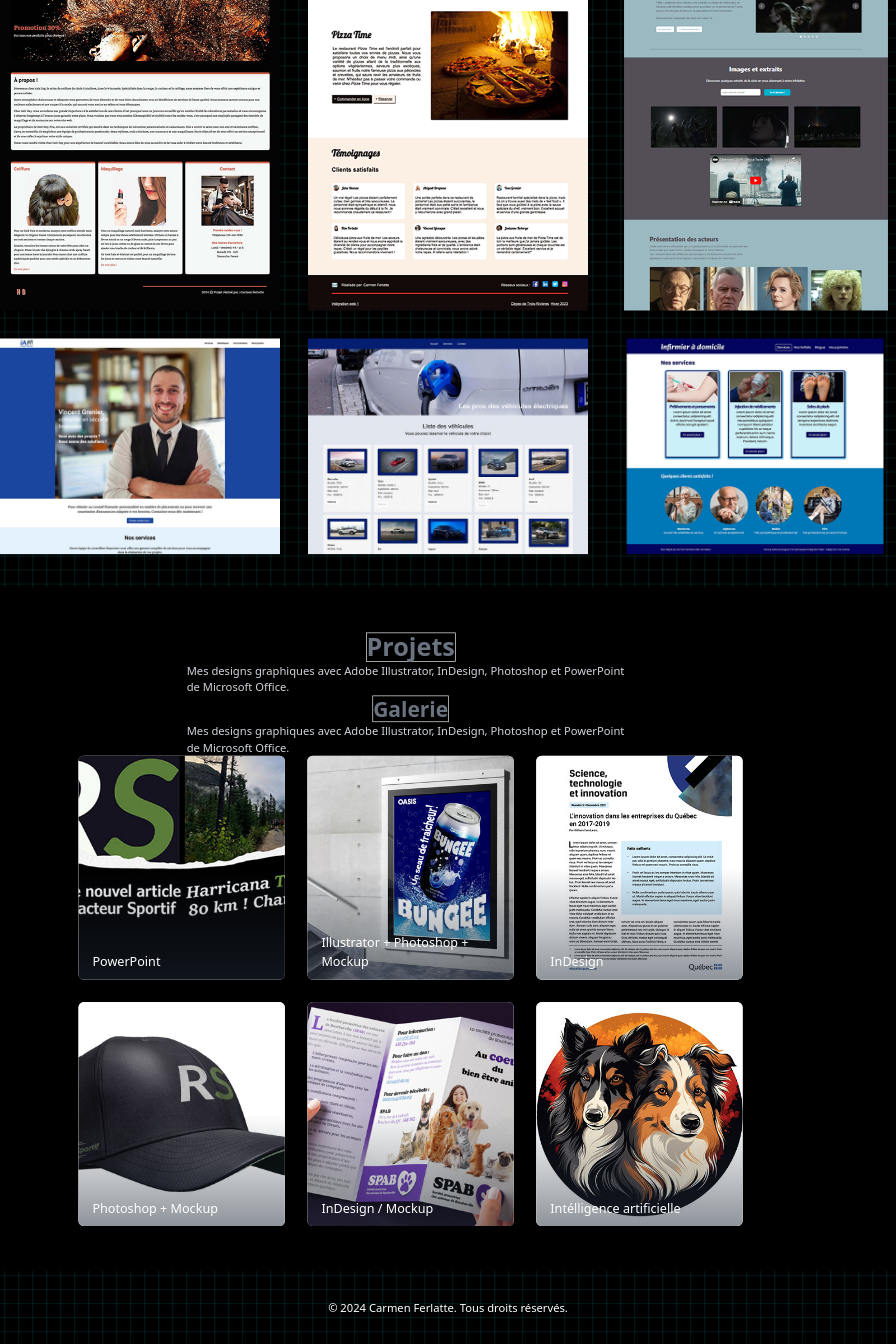
Repository: CarmenFerlatte/TP3__FerlatteCarmen
Page: realisations.html
An editor plug-in stored every save of this project. The page is shown before and after a run of saves, followed by the edit.
The browser window is 1280 px wide. The pictures show the part of the page from y = 1101 to 3021 px (the page is 3021 px tall before and 2973 px after), at 70% of full size.
Some web libraries are served in a nearby version. The style sheet was rebuilt from its Sass, Less or Tailwind sources for each picture, by a compiler version that may differ from the author's.

Above is the page before, as saved 2024-08-22 11:39:37.
Console error: TypeError: Cannot read properties of null (reading 'addEventListener')

### realisations.html
<!DOCTYPE html>
<html lang="fr-ca">
<head>
    <meta charset="UTF-8">
    <meta name="viewport" content="width=device-width, initial-scale=1.0">
    <link href="https://cdn.jsdelivr.net/npm/tailwindcss@2.2.19/dist/tailwind.min.css" rel="stylesheet">
    <title>Mon Portefolio</title>
    <script src="https://cdn.tailwindcss.com"></script>
    <link href="https://cdn.jsdelivr.net/npm/tailwindcss@2.2.19/dist/tailwind.min.css" rel="stylesheet">
    <link rel="stylesheet" href="https://cdnjs.cloudflare.com/ajax/libs/font-awesome/6.4.0/css/all.min.css">
    <link rel="stylesheet" href="style/css/style.css">
    <link rel="apple-touch-icon" sizes="180x180" href="img/favicons/apple-touch-icon.png">
    <link rel="icon" type="image/png" sizes="32x32" href="img/favicons/favicon-32x32.png">
    <link rel="icon" type="image/png" sizes="16x16" href="img/favicons/favicon-16x16.png">
    <link rel="manifest" href="img/favicons/site.webmanifest">
    <script src="https://code.jquery.com/jquery-3.6.0.min.js"></script>
    <script src="js/navbar.js" defer></script>
    <script src="js/script.js" defer></script>
    <script src="js/header.js" defer></script>
    <script src="js/install.js" defer></script>
    <script>
        $(function(){
            $("#header").load("assets/php/header.html");
            $("#footer").load("assets/php/footer.html");
        });
    </script>
</head>

<body class="bg-black text-white h-dvh">
    <header id="header"></header>

<main>
    <section class="md:h-full bg-black text-white py-8 sm:py-11 lg:py-12">
         <h1 class="text-2xl md:text-3xl lg:text-4xl xl:text-5xl font-bold text-center mt-20 border">Mes Réalisations</h1>
    <div class="container flex justify-center items-center mx-auto px-4 py-10 sm:py-20 md:py-4">

        <p class="text-sm sm:text-md md:text-base lg:text-1xl xl:text-2xl leading-6 text-left lg:py-20 px-5 md:px-2 lg:px-1 2xl:px-0 text-gray-200 border">Passionnée par le développement web 🖥  et le design 🎨, j'ai réalisé divers projets mettant en œuvre mes compétences 📑  en HTML , CSS, JavaScript et React. Ces technologies 👩‍💻 me permettent de créer des interfaces dynamiques 🚀 et interactives, alliant esthétisme et fonctionnalité. Parallèlement, j'explore ma créativité à travers des travaux de design élaborés avec la suite Adobe, où je m'applique avec enthousiasme 😃  à transformer des idées en visuels percutants. Mon approche multidisciplinaire me permet d'allier techniques de programmation et sens de l'esthétique <span><img class="w-7 inline-block align-middle" src="img/icons/design_web.svg" alt="icone design web"></span> , garantissant des projets non seulement performants mais également visuellement 👀 attrayants.  </p>

    </div>

<div class="container mx-auto px-4 py-1 md:py-5 md:mb-0 mt-[-10px] md:mt-0">
    <div class="grid grid-cols-12 gap-4 flex items-stretch px-5 md:px-2 lg:px-1">
        <div class="col-span-12 md:col-span-6 lg:col-span-4">
            <a href="#projets" title="Voir les projets">
                <div class="relative group cursor-pointer bg-gray-800 p-6 rounded-lg shadow-lg hover:bg-gray-700 hover:shadow-xl transition duration-300">
                    <h3 class="text-lg md:text-1xl lg:text-2xl font-bold text-gray-200">Développement Web</h3>
                    <p class="text-base md:text-lg lg:text-1xl  text-gray-300 mt-4 mb-1">Projets réalisés en HTML, CSS, JavaScript et React.</p>
                    <p class="flex">
                        <img src="img/icons/html5_icon.svg" alt="HTML5 icône" class="w-8 h-8 mt-2 mx-1">
                        <img src="img/icons/css3_icon.svg" alt="CSS3 icône" class="w-8 h-8 mt-2 mx-1">
                        <img src="img/icons/javascript_icon.svg" alt="JavaScript icône" class="w-7 h-7 mt-3 mx-1">
                        <img src="img/icons/react_native_icon.svg" alt="React icône" class="w-8 h-8 mt-3 mx-1">
                    </p>
                </div>
            </a>
        </div>

        <div class="col-span-12 md:col-span-6 lg:col-span-4 flex flex-col">
            <a href="#galerie" title="Voir les designs" class="flex-grow">
                <div class="relative group cursor-pointer bg-gray-800 p-6 rounded-lg shadow-lg hover:bg-gray-700 hover:shadow-xl transition duration-300 flex flex-col">
                    <h3 class="text-lg md:text-1xl lg:text-2xl font-bold text-gray-200 group">Design Graphique</h3>
                    <p class="text-base md:text-lg lg:text-1xl text-gray-300 mt-4 mb-1">Designs graphiques avec la suite Adobe et PowerPoint.</p>
                    <div class="flex">
                        <img src="img/icons/adobe-illustrator_icon.svg" alt="Illustrator icône" class="w-8 h-8 mt-2 mx-1">
                        <img src="img/icons/adobe_photoshop_icon.svg" alt="Photoshop icône" class="w-8 h-8 mt-2 mx-1">
                        <img src="img/icons/adobe_indesign_icon.svg" alt="InDesign icône" class="w-8 h-8 mt-2 mx-1">
                        <img src="img/icons/adobe-xd_icon.svg" alt="XD icône" class="w-8 h-8 mt-2 mx-1">
                        <img src="img/icons/Adobe_Acrobat_Reader_icon.svg" alt="Acrobat Reader icône" class="w-6 h-6 mt-3 mx-1">
                        <img src="img/icons/microsoft_powerpoint_icon.svg" alt="PowerPoint icône" class="w-8 h-8 mt-2 mx-1">
                    </div>
                </div>
            </a>
        </div>

        <div class="col-span-12 md:col-span-6 lg:col-span-4 flex flex-col">
            <a href="#galerie" title="Voir les projets" class="flex-grow">
                <div class="relative group cursor-pointer bg-gray-800 p-6 rounded-lg shadow-lg hover:bg-gray-700 hover:shadow-xl transition duration-300 flex flex-col">
                    <h3 class="text-lg md:text-1xl lg:text-2xl font-bold text-gray-200">Intelligence Artificielle</h3>
                    <p class="text-base md:text-lg lg:text-2xl text-gray-300 mt-4 mb-1">Création de logos avec l'intelligence artificielle.</p>
                    <div class="flex">
                        <img src="img/icons/intelligence_artificielle_icon.svg" alt="PowerPoint icône" class="w-8 h-8 mt-2 mx-1">
                    </div>
                </div>
            </a>
        </div>
    </div>
</div>


    </section>

    <section class="cyber-grid md:mt-auto">
        <div class="max-w-screen-sm md:max-w-screen-md lg:max-w-screen-lg 2xl:max-w-screen-2xl mx-auto flex inlign-flex align-items pt-10"><h2 id="projets" class="text-2xl md:text-3xl lg:text-4xl font-bold text-gray-500 lg:text-3xl dark:text-white ml-10 sm:ml-0">Projets</h2>
        <p class="hidden max-w-screen-sm text-1xl text-gray-300 dark:text-gray-300 md:block pt-3 pl-5">
                Projets réalisés en html, css et JavaScript.
                </p></div>
    <div class="container mx-auto py-8 md:mt-2 px-2 md:px-2 lg:px-0">

        <div class="grid grid-cols-1 md:grid-cols-2 lg:grid-cols-3 gap-10 p-4 w-full mx-auto place-items-start px-10 sm:px-0">
            <img class="hover:opacity-75" src="img/screenshots/2024__projet__salon_de_coiffure.jpg" alt="image">
            <img class="hover:opacity-75" src="img/screenshots/2024__projet__restaurant.png" alt="image">
            <img class="hover:opacity-75" src="img/screenshots/2024__projet_cinema.png" alt="image">
            <img class="hover:opacity-75" src="img/screenshots/2024__projet__vincent_grenier_w600.jpg" alt="image">
            <img class="hover:opacity-75" src="img/screenshots/mon_premier_projet_react.jpg" alt="image">
            <img class="hover:opacity-75" src="img/screenshots/2023__projet__soins_infirmiers.png" alt="image">
        </div>
    </div>
</section>
    <section class="dark:bg-gray-800 h-full">

        <div class="w-11/12 px-10 my-16">
            <div class="flex flex-col items-center justify-center">
                <h2 class="text-3xl md:text-4xl font-bold text-gray-500 dark:text-white border">Projets</h2>
                <p class="hidden max-w-screen-sm text-1xl text-gray-300 dark:text-gray-300 md:block">
                    Mes designs graphiques avec Adobe Illustrator, InDesign, Photoshop et PowerPoint de Microsoft Office.
            <h2 id="galerie" class="text-3xl md-text-4xl font-bold text-gray-500 dark:text-white border">Galerie</h2>

            <p class="hidden max-w-screen-sm text-1xl text-gray-300 dark:text-gray-300 md:block">
                Mes designs graphiques avec Adobe Illustrator, InDesign, Photoshop et PowerPoint de Microsoft Office.
            </p>
        </div>
    <div class="mx-auto h-auto max-w-screen-2xl px-4 md:px-8 mb-16 mt-auto">

        <div class="grid grid-cols-1 md:grid-cols-2 lg:grid-cols-3 mx-10 gap-4 md:gap-6 xl:gap-8">
            <!-- image - start -->
            <a href="https://le-redacteur-sportif.ca/harricana_trail_2023.html" title="Le Rédacteur Sportif" target="_blank" rel="noopener noreferrer"
                class="group relative flex items-end h-72 md:h-80 overflow-hidden rounded-lg bg-gray-100 shadow-lg">
                <img src="img/design/harricana_trail_80km__charlevoix__Vincent_Greniert.jpg" loading="lazy" alt="Projet Carmen Ferlatte Adobe InDesign (brochure)" class="absolute inset-0 h-full w-full object-cover object-center transition duration-200 group-hover:scale-110">

                <div
                    class="pointer-events-none absolute inset-0 bg-gradient-to-t from-gray-800 via-transparent to-transparent opacity-50">
                </div>

                <span class="relative ml-4 mb-3 inline-block text-sm text-white md:ml-5 md:text-lg">PowerPoint</span>
            </a>
            <!-- image - end -->

            <!-- image - start -->
            <div
                class="group relative flex items-end h-72 md:h-48 overflow-hidden rounded-lg bg-gray-100 shadow-lg md:h-80">
                <img src="img/design/05__affiche_bungee__Carmen_Ferlatte.jpg" loading="lazy" alt="Projet Carmen Ferlatte Adobe Illustrator (affiche)" class="absolute inset-0 h-full w-full object-cover object-center transition duration-200 group-hover:scale-110">

                <div
                    class="pointer-events-none absolute inset-0 bg-gradient-to-t from-gray-800 via-transparent to-transparent opacity-50">
                </div>

                <span class="relative ml-4 mb-3 inline-block text-sm text-white md:ml-5 md:text-lg">Illustrator + Photoshop + Mockup</span>
            </div>
            <!-- image - end -->

            <!-- image - start -->
            <div
                class="group relative flex items-end h-72 md:h-48 overflow-hidden rounded-lg bg-gray-100 shadow-lg md:h-80">
                <img src="img/design/exercice_inDesign__Carmen_Ferlatte.jpg" loading="lazy" alt="Photo by Magicle" class="absolute inset-0 h-full w-full object-cover object-center transition duration-200 group-hover:scale-110">

                <div
                    class="pointer-events-none absolute inset-0 bg-gradient-to-t from-gray-800 via-transparent to-transparent opacity-50">
                </div>

                <span class="relative ml-4 mb-3 inline-block text-sm text-white md:ml-5 md:text-lg">InDesign</span>
            </div>
            <!-- image - end -->

            <!-- image - start -->
            <a href="https://le-redacteur-sportif.ca/harricana_trail_2023.html" title="Le Rédacteur Sportif" target="_blank" rel="noopener noreferrer"
                class="group relative flex items-end h-72 md:h-48 overflow-hidden rounded-lg bg-gray-100 shadow-lg md:h-80">
                <img src="img/design/casquette__RS__w1200.jpg" loading="lazy" alt="Affiche médias sociaux PowerPoint / Carmen Ferlatte" class="absolute inset-0 h-full w-full object-cover object-center transition duration-200 group-hover:scale-110">

                <div
                    class="pointer-events-none absolute inset-0 bg-gradient-to-t from-gray-800 via-transparent to-transparent opacity-50">
                </div>

                <span class="relative ml-4 mb-3 inline-block text-sm text-white md:ml-5 md:text-lg">Photoshop + Mockup</span>
            </a>
            <!-- image - end -->

            <!-- image - start -->
            <div
                class="group relative flex h-72 md:h-48 items-end overflow-hidden rounded-lg bg-gray-100 shadow-lg md:h-80">
                <img src="img/design/projet__brochure__spa__450x345.jpg" loading="lazy" alt="Brochure InDesign et Mockup / Carmen Ferlatte" class="absolute inset-0 h-full w-full object-cover object-center transition duration-200 group-hover:scale-110">

                <div
                    class="pointer-events-none absolute inset-0 bg-gradient-to-t from-gray-800 via-transparent to-transparent opacity-50">
                </div>

                <span class="relative ml-4 mb-3 inline-block text-sm text-white md:ml-5 md:text-lg">InDesign / Mockup</span>
            </div>
            <!-- image - end -->
             <!-- image - start -->
            <div
                class="group relative flex h-72 md:h-48 items-end overflow-hidden rounded-lg bg-gray-100 shadow-lg md:h-80">
                <img src="img/design/logo_colley_carmen_ferlatte.jpg" loading="lazy" alt="Logo fait avec l'Intélligence artificielle / Carmen Ferlatte" class="absolute inset-0 h-full w-full object-cover object-center transition duration-200 group-hover:scale-110">

                <div
                    class="pointer-events-none absolute inset-0 bg-gradient-to-t from-gray-800 via-transparent to-transparent opacity-50">
                </div>

                <span class="relative ml-4 mb-3 inline-block text-sm text-white md:ml-5 md:text-lg">Intélligence artificielle</span>
            </div>
            <!-- image - end -->
        </div>
    </div>
</section>
</main>

   <footer id="footer" class="block clear-both mt-16"></footer>
</body>
</html>

### js/install.js
// Description: Script pour l'installation de la PWA

let deferedInstallPrompt = null;
    const installButton = document.getElementById('butInstall');

    installButton.addEventListener('click', installPWA);

    window.addEventListener('beforeInstallPrompt', afficherButtonInstall);

    function afficherBoutonInstall(evt) {
        deferedInstallPrompt = evt;
        installButton.removeAttribute('hidden');
    }

    function installPWA(evt) {
        deferedInstallPrompt.prompt();
        evt.srcElement.setAttribute('hidden', true);
        deferedInstallPrompt.userChoice
            .then((choice) => {
                if (choice.outcome === 'accepted') {
                    console.log("L'usager a installé la PWA VIA le mon bouton d'installation", choice);
                } else {
                    console.log("Lusager a refusé l'installation de la PWA VIA le boutton d'installation", choice);
                }
                deferedInstallPrompt = null;
            });

        function logAppInstalled(evt) {
            console.log("L'usager a installé la PWA VIA Les ... de Chrome");
    }
 };

### assets/php/header.html
<header>
  <nav class="bg-animated cyber-grid fixed w-full z-50">
    <div class="w-full mx-auto px-6 md:px-10">
      <div class="flex justify-between items-center py-6">
        <a
          href="index.html"
          class="text-xl sm:text-1xl lg:text-2xl font-bold neon-text glitch-effect"
          data-text="Carmen Ferlatte"
          >Carmen Ferlatte</a
        >
        <label for="menu-toggle">Portefolio</label>
        <input type="checkbox" id="menu-toggle" class="hidden" />
        <label for="menu-toggle" class="menu-icon cursor-pointer md:hidden">
          <span class="hamburger"></span>
        </label>
        <ul class="menu hidden md:flex md:items-center space-x-10">
          <li>
            <a href="index.html" class="nav-link" data-text="Accueil"
              >Accueil</a
            >
          </li>
          <li>
            <a
              href="realisations.html"
              class="nav-link"
              data-text="Réalisations"
              >Réalisations</a
            >
          </li>
          <li>
            <a href="contact.html" class="nav-link" data-text="Contact"
              >Contact</a
            >
          </li>
          <!-- <li><a href="#" class="bg-gradient-to-r from-cyan-500 to-blue-500 text-white font-bold py-2 px-4 rounded hover:from-cyan-600 hover:to-blue-600 transition-all duration-300">Sign Up</a></li> -->
        </ul>
      </div>
    </div>
  </nav>
</header>

### assets/php/footer.html
<footer class="cyber-grid">
    <div class="container mx-auto px-4 py-10">
        <p class="text-center text-white">© 2024 Carmen Ferlatte. Tous droits réservés.</p>
   </div>
</footer>

### style/sass/style.scss
@use "navbar" as *;

### style/sass/_navbar.scss
@keyframes neon-pulse {
    0%, 100% {
        text-shadow: 0 0 5px #fff, 0 0 10px #fff, 0 0 15px #fff, 0 0 20px #0891b2, 0 0 35px #0891b2, 0 0 40px #0891b2, 0 0 50px #0891b2, 0 0 75px #0891b2;
    }
    50% {
        text-shadow: 0 0 2px #fff, 0 0 5px #fff, 0 0 7px #fff, 0 0 10px #0891b2, 0 0 17px #0891b2, 0 0 20px #0891b2, 0 0 25px #0891b2, 0 0 37px #0891b2;
    }
}

.neon-text {
    animation: neon-pulse 1.5s infinite alternate;
}

.bg-animated {
    background: linear-gradient(-45deg, #000000, #1a1a1a, #000033, #003366);
    background-size: 400% 400%;
    animation: gradient 15s ease infinite;
}

@keyframes gradient {
    0% { background-position: 0% 50%; }
    50% { background-position: 100% 50%; }
    100% { background-position: 0% 50%; }
}

.cyber-grid {
    background-image:
        linear-gradient(rgba(0, 255, 255, 0.1) 1px, transparent 1px),
        linear-gradient(90deg, rgba(0, 255, 255, 0.1) 1px, transparent 1px);
    background-size: 20px 20px;
    animation: cyber-grid-move 20s linear infinite;
}

@keyframes cyber-grid-move {
    0% { background-position: 0 0; }
    100% { background-position: 20px 20px; }
}



.nav-link {
    position: relative;
    overflow: hidden;

        &::before {
            content: '';
            position: absolute;
            bottom: 0;
            left: 0;
            width: 100%;
            height: 2px;
            background-color: #0891b2;
            transform: translateX(-100%);
            transition: transform 0.3s ease;
        }

       &:hover::before {
            transform: translateX(0);
        }

        &::after {
            content: attr(data-text);
            position: absolute;
            top: 0;
            left: 0;
            width: 100%;
            height: 100%;
            display: flex;
            align-items: center;
            justify-content: center;
            transform: translateY(100%);
            background: linear-gradient(to bottom, #0891b2, #3e43cb);
            -webkit-background-clip: text;
            background-clip: text;
            -webkit-text-fill-color: transparent;
            transition: transform 0.3s ease;
        }

        &:hover::after {
            transform: translateY(0);
        }
}


.glitch-effect {
    position: relative;

    &::before,
    &::after {
        content: attr(data-text);
        position: absolute;
        top: 0;
        left: 0;
        width: 100%;
        height: 100%;
        opacity: 0.8;
    }

    &::before {
        left: 2px;
        text-shadow: -2px 0 #ff00de;
        clip: rect(24px, 550px, 90px, 0);
        animation: glitch-anim 3s infinite linear alternate-reverse;
    }

    &::after {
        left: -2px;
        text-shadow: -2px 0 #0891b2;
        clip: rect(85px, 550px, 140px, 0);
        animation: glitch-anim 2s infinite linear alternate-reverse;
    }

}



@keyframes glitch-anim {
    0% { clip: rect(39px, 9999px, 71px, 0); }
    20% { clip: rect(3px, 9999px, 5px, 0); }
    40% { clip: rect(6px, 9999px, 38px, 0); }
    60% { clip: rect(13px, 9999px, 43px, 0); }
    80% { clip: rect(44px, 9999px, 93px, 0); }
    100% { clip: rect(54px, 9999px, 47px, 0); }
}

#menu-toggle {
    &:checked {
        ~ .menu {
            display: block;
        }

        ~ .menu-icon {
            .hamburger {
                transform: rotate(45deg);

                &::before {
                    transform: translateY(8px) rotate(90deg);
                }

                &::after {
                    transform: translateY(-8px) rotate(90deg);
                }
            }
        }
    }
}

.hamburger,
.hamburger::before,
.hamburger::after {
    content: '';
    display: block;
    background: #0891b2;
    height: 3px;
    width: 30px;
    transition: transform 0.5s cubic-bezier(0.23, 1, 0.32, 1);
}

.hamburger {
    &::before {
        transform: translateY(-8px);
    }

    &::after {
        transform: translateY(8px);
    }
}

@media (max-width: 768px) {
    .menu {
        position: fixed;
        top: 60px;
        left: 0;
        right: 0;
        width: 100%;
        height: 0;
        background: rgba(0, 0, 0, 0.9);
        overflow: hidden;
        transition: height 0.5s cubic-bezier(0.23, 1, 0.32, 1);
        text-align: right;
        padding-right: 20px;
        padding-top: 20px;

        a {
            display: block;
            font-size: 1.2rem;
            padding: 10px 0;
            text-decoration: underline 2px #0891b2;

            &:hover {
                color: #0891b2;
                text-decoration: none;
                cursor: pointer;
            }
        }
    }

    #menu-toggle:checked ~ .menu {
        height: calc(100vh - 60px);
    }
}

@media (max-width: 640px) {
    .no-glitch {
        animation: none !important;
    }
}

/*-------------Invisible Navbar-------------*/

.navbar-hidden {
    transform: translateY(-100%);
    transition: transform 0.3s ease-in-out;
}

Loaded but not shown: js/script.js (33 lines, source omitted); js/navbar.js (30 lines, source omitted); js/header.js (32 lines, source omitted)

After the next 2 saves:
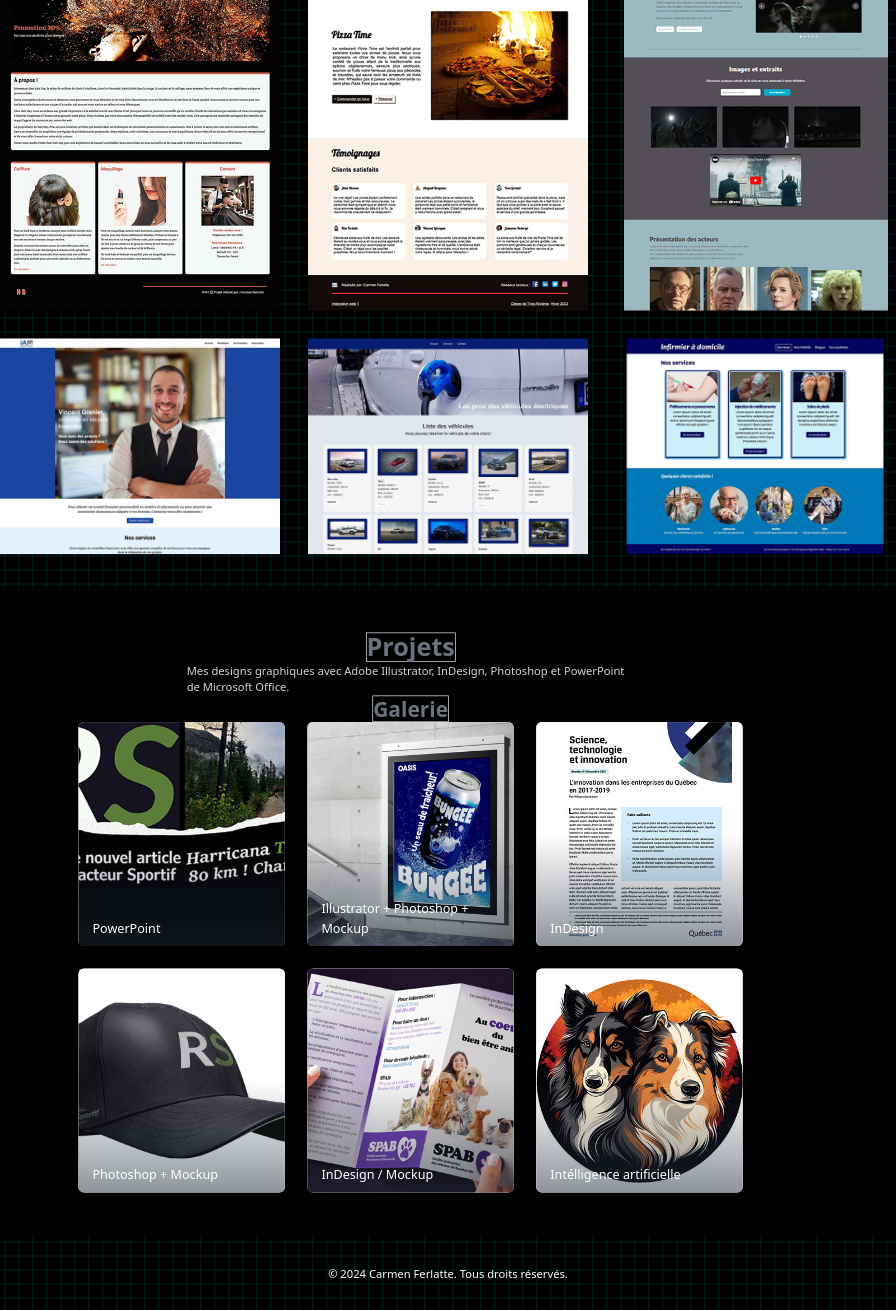
The 2 saves are shown as one change because they came seconds apart.
The last was saved 8 s later.
--- a/realisations.html
+++ b/realisations.html
@@ -114,9 +114,6 @@
                 <p class="hidden max-w-screen-sm text-1xl text-gray-300 dark:text-gray-300 md:block">
                     Mes designs graphiques avec Adobe Illustrator, InDesign, Photoshop et PowerPoint de Microsoft Office.
             <h2 id="galerie" class="text-3xl md-text-4xl font-bold text-gray-500 dark:text-white border">Galerie</h2>
-
-            <p class="hidden max-w-screen-sm text-1xl text-gray-300 dark:text-gray-300 md:block">
-                Mes designs graphiques avec Adobe Illustrator, InDesign, Photoshop et PowerPoint de Microsoft Office.
             </p>
         </div>
     <div class="mx-auto h-auto max-w-screen-2xl px-4 md:px-8 mb-16 mt-auto">
